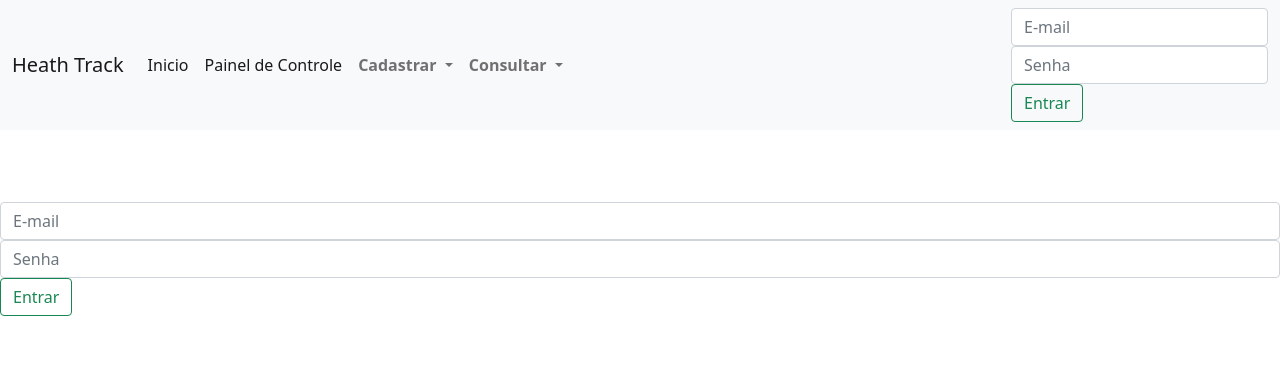
Repository: FellipySantos/HealthTrack_Finalizado
Page: http://localhost/JSPs/login.jsp
These files come from the project's save history. The page is drawn as it stood at one moment and after the next save; the edit follows.
The browser window is 1280 px wide. The pictures show the whole page.
The page is served by Tomcat 9.

Above is the page before, as saved 2021-11-22 09:36:00.

After the next save:
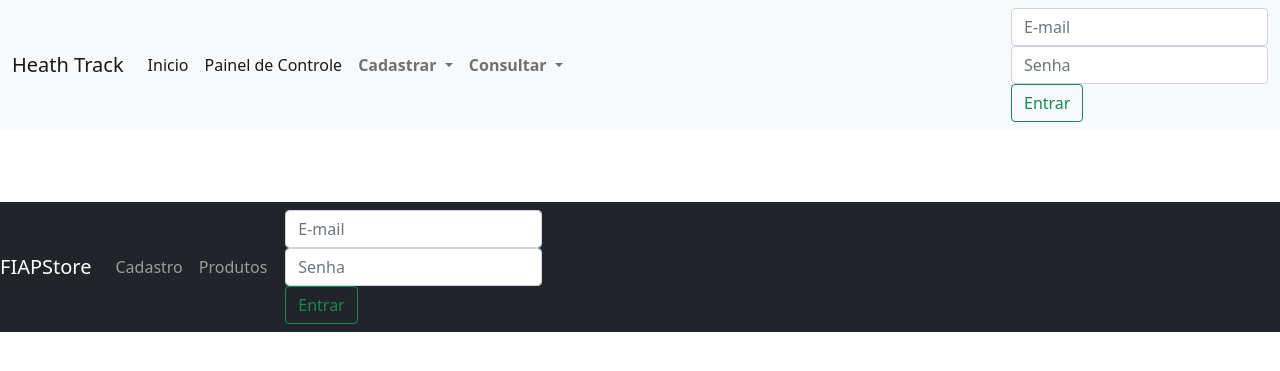
Saved 67 s later.
--- a/JSP/JSPs/WebContent/login.jsp
+++ b/JSP/JSPs/WebContent/login.jsp
@@ -14,6 +14,21 @@
 
 
 
+<nav class="navbar navbar-expand-lg navbar-dark bg-dark">
+  <a class="navbar-brand" href="home.jsp">FIAPStore</a>
+  <button class="navbar-toggler" type="button" data-toggle="collapse" data-target="#navbarSupportedContent" aria-controls="navbarSupportedContent" aria-expanded="false" aria-label="Toggle navigation">
+    <span class="navbar-toggler-icon"></span>
+  </button>
+
+  <div class="collapse navbar-collapse" id="navbarSupportedContent">
+    <ul class="navbar-nav mr-auto">
+      <li class="nav-item">
+        <a class="nav-link" href="produto?acao=abrir-form-cadastro">Cadastro</a>
+      </li>
+      <li class="nav-item">
+        <a class="nav-link" href="produto?acao=listar">Produtos</a>
+      </li>
+    </ul>
 	    <span class="navbar-text text-danger" style="margin-right:10px" >
 	        ${erro }
 	  	</span>
@@ -22,7 +37,8 @@
 	      <input class="form-control mr-sm-2" type="password" name="senha" placeholder="Senha">
 	      <button class="btn btn-outline-success my-2 my-sm-0" type="submit">Entrar</button>
 	    </form>
-
+  </div>
+</nav>
 
 
 <%@ include file="footer.jsp" %>
